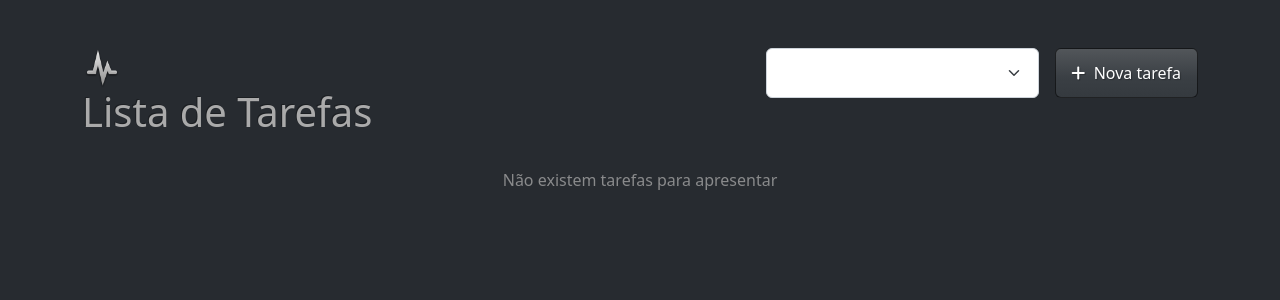
Repository: cargugati/lista_tarefas
Page: frontEnd/index.html
The author's editor kept a copy of each file at every save. The page is drawn from the files as they stood at one save, then again after a run of saves.
The browser window is 1280 px wide. The pictures show the whole page.

Above is the page before, as saved 2023-03-18 20:20:15.

After the next 3 saves:
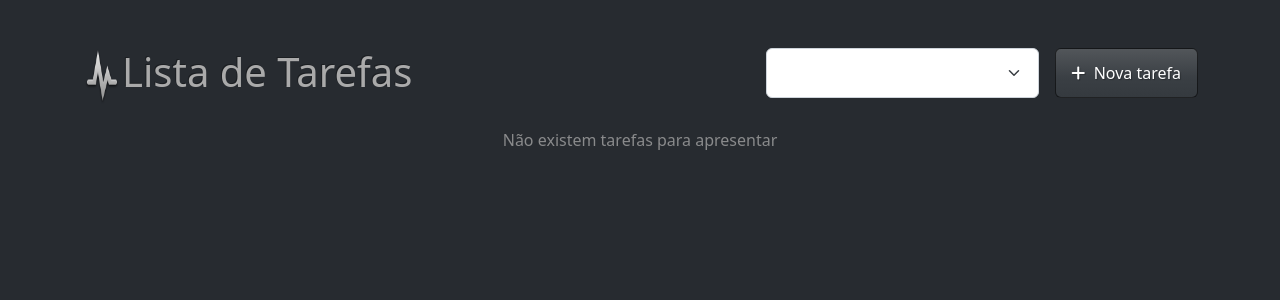
The 3 saves are shown as one change because they came seconds apart.
The last was saved 18 s later.
--- a/frontEnd/index.html
+++ b/frontEnd/index.html
@@ -18,11 +18,10 @@
     <div class="row mb-4">
       <div class="col">
         <div class="d-flex">
-
+          <img src="./assets/images/favicon.png" alt="Logo" class="img-fluid" width="40px">
+          <h1>Lista de Tarefas</h1>
         </div>
 
-        <img src="./assets/images/favicon.png" alt="Logo" class="img-fluid" width="40px">
-        <h1>Lista de Tarefas</h1>
       </div>
       <div class="col text-end">
         <div class="d-flex justify-content-end">
